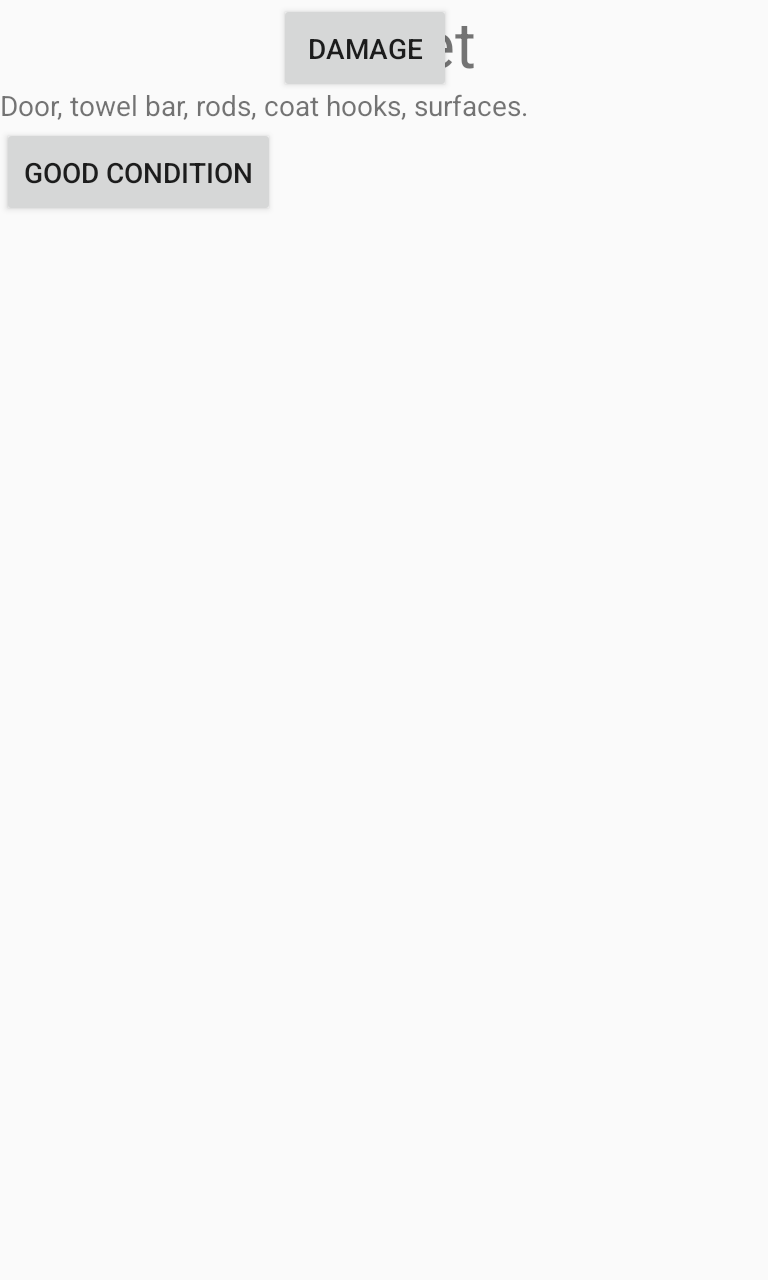
Repository: Android-BD/android-final-project
Layout: FinalProject/res/layout/rcr_form_element_fragment.xml
The author's editor kept a copy of each file at every save. The layout is drawn from the files as they stood at one save, then again after the next save.
It is drawn on a 768 x 1280 px phone screen (xhdpi) without system bars, with theme AppTheme; the app's code is not run. Lists and similar views that code fills are empty.

Above is the layout before, as saved 2014-05-08 18:41:22.

### FinalProject/res/layout/rcr_form_element_fragment.xml
<?xml version="1.0" encoding="utf-8"?>
<RelativeLayout xmlns:android="http://schemas.android.com/apk/res/android"
    android:layout_width="match_parent"
    android:layout_height="match_parent">

    <TextView android:id="@+id/category_title"
        android:layout_width="match_parent"
        android:layout_height="wrap_content"
        android:gravity="center"
        android:textSize="32sp"
        android:text="@string/category_title" />

    <TextView android:id="@+id/category_description"
        android:layout_width="match_parent"
        android:layout_height="wrap_content"
        android:text="@string/category_description"
        android:layout_below="@id/category_title" />

    <Button android:id="@+id/good_condition_button"
        android:layout_width="wrap_content"
        android:layout_height="wrap_content"
        android:text="@string/good_condition"
        android:layout_below="@id/category_description"
        android:layout_alignParentLeft="true" />

    <Button android:id="@+id/damage_button"
        android:layout_width="wrap_content"
        android:layout_height="wrap_content"
        android:text="@string/damage"
        android:layout_toRightOf="@id/good_condition_button"
        android:layotu_below="@id/category_description"/>

    <ListView android:id="@+id/damage_list"
        android:layout_width="match_parent"
        android:layout_height="wrap_content" />

</RelativeLayout>

### FinalProject/res/values/strings.xml
<?xml version="1.0" encoding="utf-8"?>
<resources>

    <string name="app_name">FinalProject</string>
    <string name="hello_world">Hello world!</string>
    <string name="action_settings">Settings</string>
    <string name="search_rcrs">Search RCRs</string>
    <string name="new_rcr">New RCR</string>
    <string name="ra_last_name">RA\'s Last Name</string>
    <string name="ra_first_name">RA\'s First Name</string>
    <string name="resident_last_name">Resident\'s Last Name</string>
    <string name="resident_first_name">Resident\'s First Name</string>
    <string name="room_number">Room Number</string>
    <string name="previous">Previous</string>
    <string name="next">Next</string>
    <string name="good_condition">Good Condition</string>
    <string name="normal_wear">Normal Wear</string>
    <string name="damage">Damage</string>
    <string name="create">Create</string>
    <string name="left">Left</string>
    <string name="right">Right</string>
    <string name="check_in">Check In</string>
    <string name="check_out">Check Out</string>
    <string name="category_title">Closet</string>
    <string name="category_description">Door, towel bar, rods, coat hooks, surfaces.</string>
    <string name="note_damage">Note Damage</string>
    <string name="damage_list">Damage List</string>
    <string name="short_name">Short Name</string>
    <string name="description">Description (include size and color)</string>
    <string name="save">Save</string>
    <string name="my_name">Developer: Luke Oglesbee</string>
    <string name="menu">Menu</string>

</resources>

Loaded but not shown: FinalProject/res/values/styles.xml (common file); FinalProject/res/values-v11/styles.xml (common file); FinalProject/res/values-v14/styles.xml (common file)

After the next save:
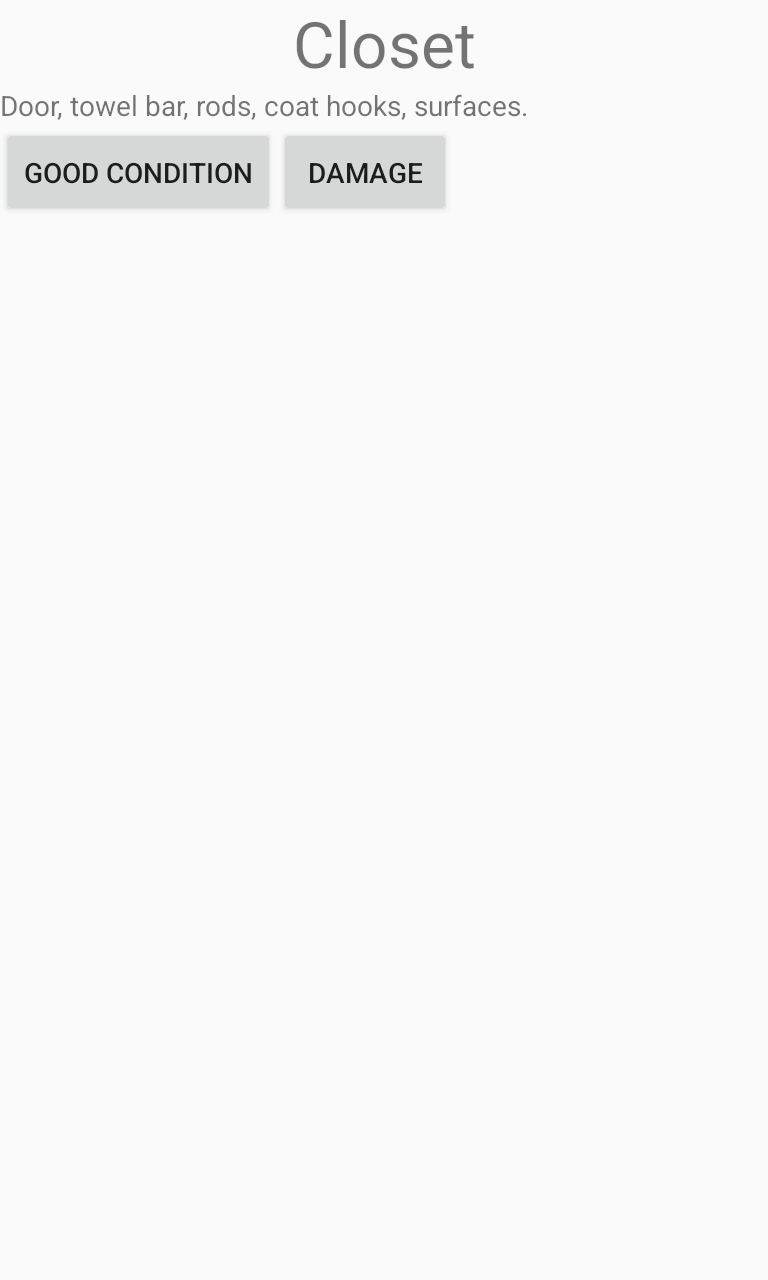
Saved 2 min 49 s later.
--- a/FinalProject/res/layout/rcr_form_element_fragment.xml
+++ b/FinalProject/res/layout/rcr_form_element_fragment.xml
@@ -28,7 +28,7 @@
         android:layout_height="wrap_content"
         android:text="@string/damage"
         android:layout_toRightOf="@id/good_condition_button"
-        android:layotu_below="@id/category_description"/>
+        android:layout_below="@id/category_description"/>
 
     <ListView android:id="@+id/damage_list"
         android:layout_width="match_parent"
